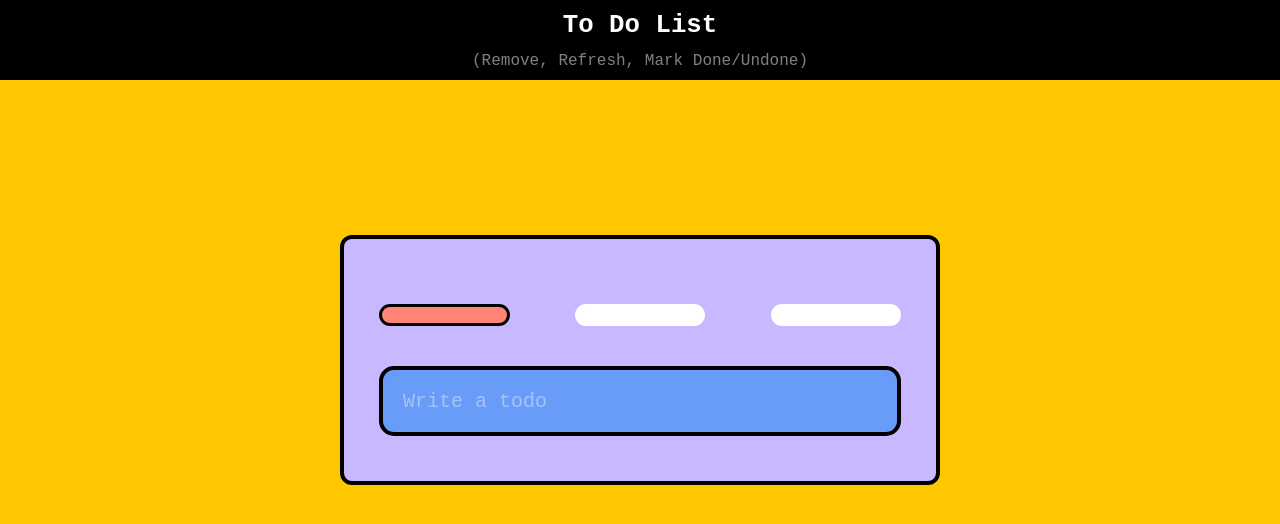
Repository: ThisIsSahaj/Js-Projects
Page: ToDoList/index.html
The author's editor kept a copy of each file at every save. The page is drawn from the files as they stood at one save, then again after the next save.
The browser window is 1280 px wide. The pictures show the whole page.

Above is the page before, as saved 2024-04-24 10:00:51.

After the next save:
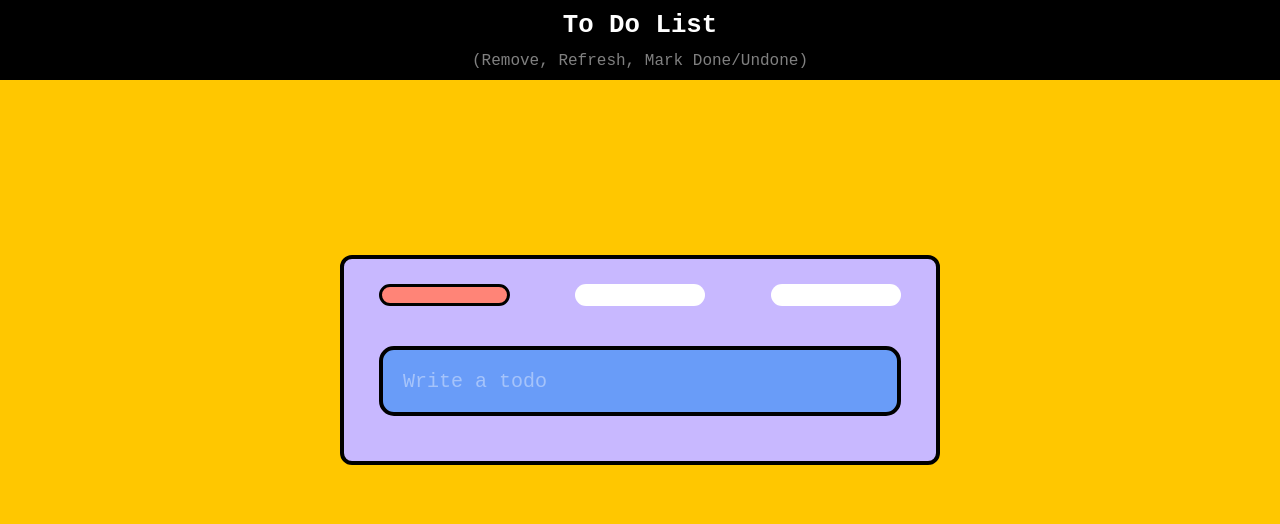
Saved 8 s later.
--- a/ToDoList/style.css
+++ b/ToDoList/style.css
@@ -62,7 +62,7 @@ body{
     border-radius: 12px;
     width: 25%;
     height: 22px;
-    margin: 40px 0px;
+    margin-bottom: 40px;
     background-color: white;
 
 }
